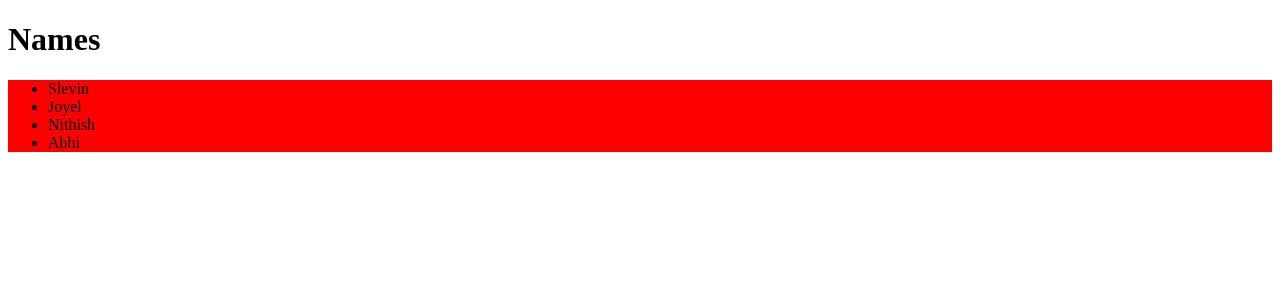
Repository: slevin2002/phpprojectgh
Page: http://localhost/names.php
These files come from the project's save history. The page is drawn as it stood at one moment and after the next save; the edit follows.
The browser window is 1280 px wide. The pictures show the whole page.
The page is run by PHP 8.4 with error messages shown; the project is at /var/www/html/.

Above is the page before, as saved 2022-12-14 13:02:29.

After the next save:
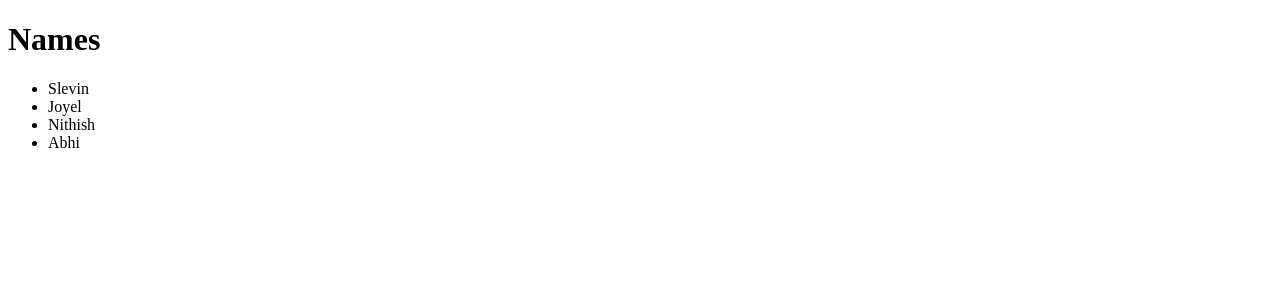
Saved 11 s later.
--- a/names.php
+++ b/names.php
@@ -3,22 +3,7 @@
 ?>
 <!DOCTYPE html>
 <html lang="en">
-<head>
-    <meta charset="UTF-8">
-    <meta http-equiv="X-UA-Compatible" content="IE=edge">
-    <meta name="viewport" content="width=device-width, initial-scale=1.0">
-    <title>Document</title>
-    <style>
 
-        .more-names{
-            background-color: red;
-        }
-        .some-names{
-            background-color: green;
-        }
-
-    </style>
-</head>
 <body class="">
     <h1>Names</h1>
     <ul class="<?= count($names) > 3 ? 'more-names' : 'some-names' ?>">
